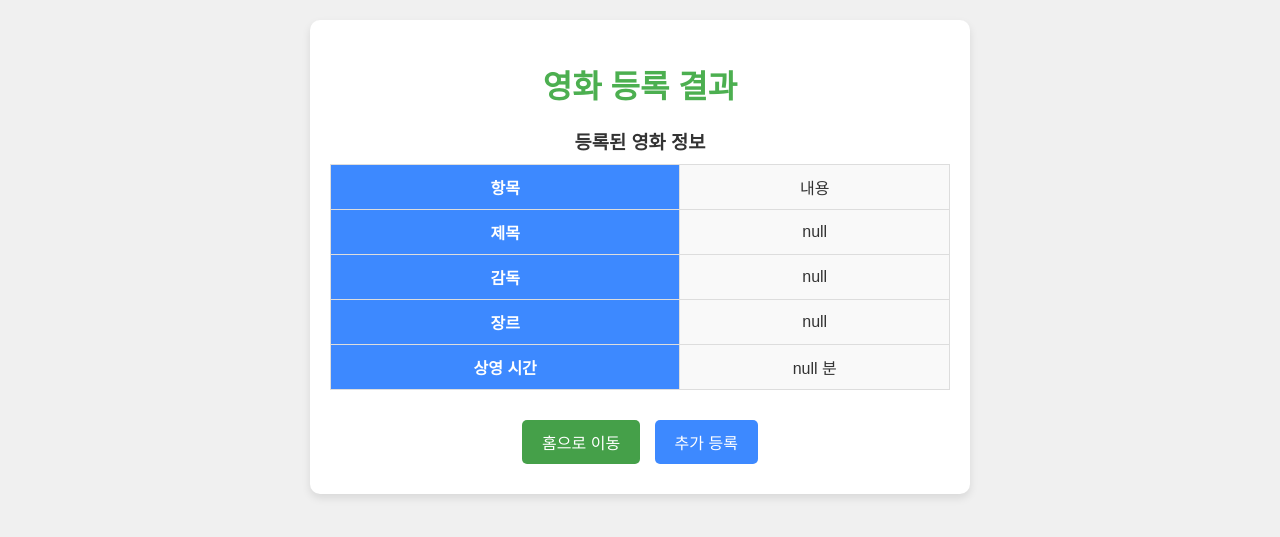
Repository: s00ngle/SSAFY-BE
Page: http://localhost/back_db_ws_01_2/regist_result.jsp
These files come from the project's save history. The page is drawn as it stood at one moment and after the next save; the edit follows.
The browser window is 1280 px wide. The pictures show the whole page.
The pointer rests on the first visible `a`.
The page is served by Tomcat 10. The template is opened directly, without the code that normally fills it, so the values that code supplies are empty.

Above is the page before, as saved 2024-09-24 04:25:56.

After the next save:
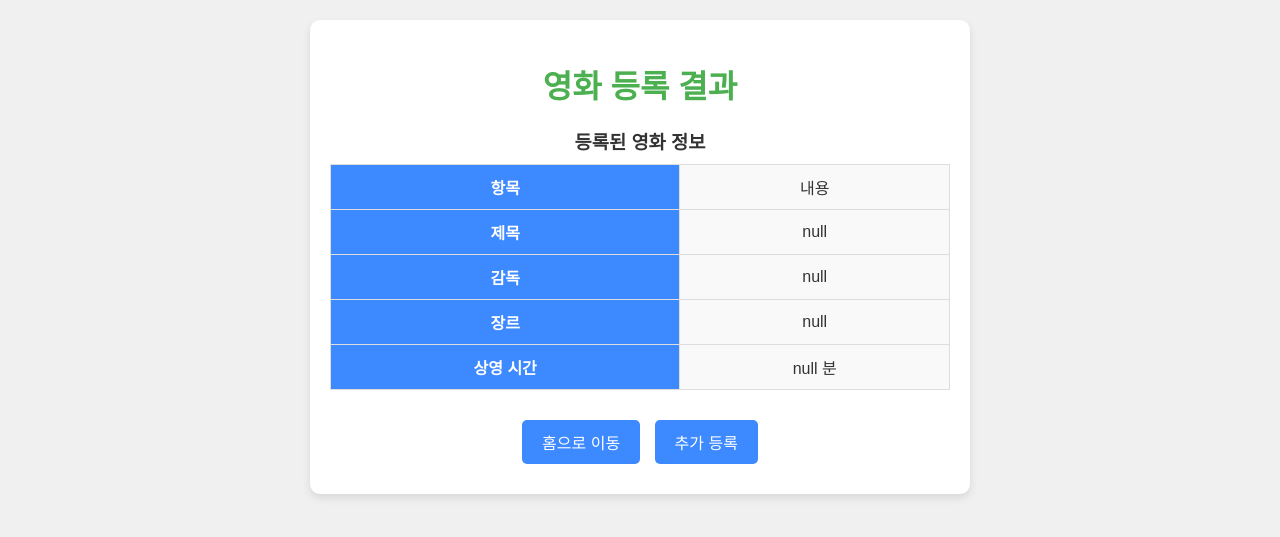
Saved 10 s later.
--- a/back_db_ws_01_2/src/main/webapp/regist_result.jsp
+++ b/back_db_ws_01_2/src/main/webapp/regist_result.jsp
@@ -67,7 +67,7 @@
         }
 
         a:hover {
-            background-color: #45a049;
+            background-color: #3d89ff;
         }
 
         .button-container {
